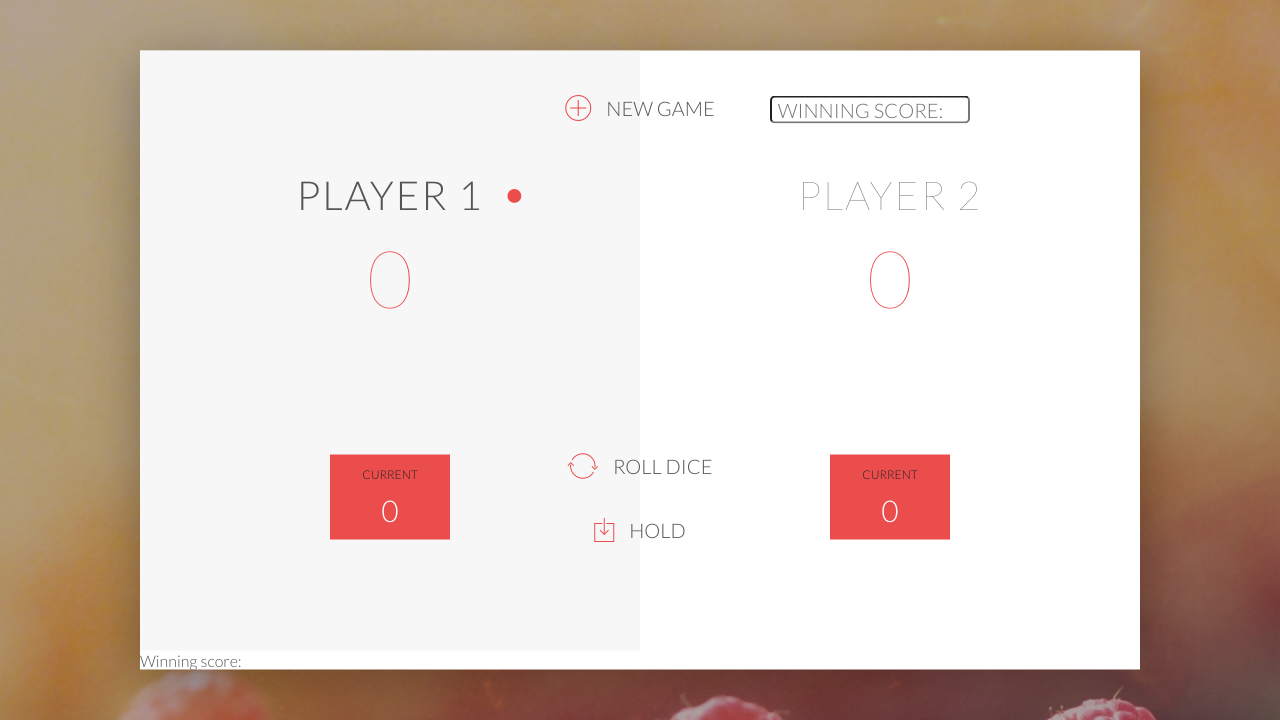
Repository: hexanek/hexanek.github.io
Page: pig-game/index.html
An editor plug-in stored every save of this project. The page is shown before and after the next save, followed by the edit.
The browser window is 1280 px wide. The pictures show the whole page.

Above is the page before, as saved 2019-12-19 23:56:00.

### pig-game/index.html
<!DOCTYPE html>
<html lang="en">
    <head>
        <meta charset="UTF-8">
        <link href="https://fonts.googleapis.com/css?family=Lato:100,300,600" rel="stylesheet" type="text/css">
        <link href="http://code.ionicframework.com/ionicons/2.0.1/css/ionicons.min.css" rel="stylesheet" type="text/css">
        <link type="text/css" rel="stylesheet" href="style.css">

        <title>Pig Game</title>
    </head>

    <body>
        <div class="wrapper clearfix">
            <div class="player-0-panel active">
                <div class="player-name" id="name-0">Player 1</div>
                <div class="player-score" id="score-0">43</div>
                <div class="player-current-box">
                    <div class="player-current-label">Current</div>
                    <div class="player-current-score" id="current-0">11</div>
                </div>
            </div>

            <div class="player-1-panel">
                <div class="player-name" id="name-1">Player 2</div>
                <div class="player-score" id="score-1">72</div>
                <div class="player-current-box">
                    <div class="player-current-label">Current</div>
                    <div class="player-current-score" id="current-1">0</div>
                </div>
            </div>

            <button class="btn-new"><i class="ion-ios-plus-outline"></i>New game</button>
            <button class="btn-roll"><i class="ion-ios-loop"></i>Roll dice</button>
            <button class="btn-hold"><i class="ion-ios-download-outline"></i>Hold</button>
            <!-- <button class="btn-save" form="formScore"><i class="ion-archive"></i>Save</button> -->
            <!-- <form class="form-score" id="formScore"> -->
            Winning score: <input class="input-score" type="number" name="WinningScore" placeholder="Winning score: " id="winScore">
            <!-- </form> -->
            <img src="dice-5.png" alt="Dice" class="dice">
            <img src="dice-5.png" alt="Dice2" class="dice2" id="dice2">

        </div>

        <script src="app.js"></script>
    </body>
</html>

### pig-game/style.css
/**********************************************
*** GENERAL
**********************************************/

* {
    margin: 0;
    padding: 0;
    box-sizing: border-box;

}

.clearfix::after {
    content: "";
    display: table;
    clear: both;
}

body {
    background-image: linear-gradient(rgba(62, 20, 20, 0.4), rgba(62, 20, 20, 0.4)), url(back.jpg);
    background-size: cover;
    background-position: center;
    font-family: Lato;
    font-weight: 300;
    position: relative;
    height: 100vh;
    color: #555;
}

.wrapper {
    width: 1000px;
    position: absolute;
    top: 50%;
    left: 50%;
    transform: translate(-50%, -50%);
    background-color: #fff;
    box-shadow: 0px 10px 50px rgba(0, 0, 0, 0.3);
    overflow: hidden;
}

.player-0-panel,
.player-1-panel {
    width: 50%;
    float: left;
    height: 600px;
    padding: 100px;
}



/**********************************************
*** PLAYERS
**********************************************/

.player-name {
    font-size: 40px;
    text-align: center;
    text-transform: uppercase;
    letter-spacing: 2px;
    font-weight: 100;
    margin-top: 20px;
    margin-bottom: 10px;
    position: relative;
}

.player-score {
    text-align: center;
    font-size: 80px;
    font-weight: 100;
    color: #EB4D4D;
    margin-bottom: 130px;
}

.active { background-color: #f7f7f7; }
.active .player-name { font-weight: 300; }

.active .player-name::after {
    content: "\2022";
    font-size: 47px;
    position: absolute;
    color: #EB4D4D;
    top: -7px;
    right: 10px;

}

.player-current-box {
    background-color: #EB4D4D;
    color: #fff;
    width: 40%;
    margin: 0 auto;
    padding: 12px;
    text-align: center;
}

.player-current-label {
    text-transform: uppercase;
    margin-bottom: 10px;
    font-size: 12px;
    color: #222;
}

.player-current-score {
    font-size: 30px;
}

button {
    position: absolute;
    width: 200px;
    left: 50%;
    transform: translateX(-50%);
    color: #555;
    background: none;
    border: none;
    font-family: Lato;
    font-size: 20px;
    text-transform: uppercase;
    cursor: pointer;
    font-weight: 300;
    transition: background-color 0.3s, color 0.3s;
}


button:hover { font-weight: 600; }
button:hover i { margin-right: 20px; }

button:focus {
    outline: none;
}

i {
    color: #EB4D4D;
    display: inline-block;
    margin-right: 15px;
    font-size: 32px;
    line-height: 1;
    vertical-align: text-top;
    margin-top: -4px;
    transition: margin 0.3s;
}

.btn-new { top: 45px;}
.btn-roll { top: 403px;}
.btn-hold { top: 467px;}
.btn-save {
    left: 90%;
    top: 45px;
}
/* .input-score {
     top: 83px;
     position: absolute;
    width: 53px;
    left: 50%;
    transform: translateX(-50%);
    color: #555;
    background: none;
    border-radius: 5px;
    font-family: Lato;
    font-size: 20px;
    text-transform: uppercase;
    cursor: default;
    font-weight: 300;
    transition: background-color 0.3s, color 0.3s;
    } */
.input:focus{
    border: 3px solid #555;
}
/* .form-score{
    top: 45px;
     position: absolute;
    width: 240px;
    left: 73%;
    transform: translateX(-50%);
    color: #555;
    background: none;
    border-radius: 5px;
    font-family: Lato;
    font-size: 20px;
    text-transform: uppercase;
    cursor: default;
    font-weight: 300;
    transition: background-color 0.3s, color 0.3s;
} */
.input-score {
    position: absolute;
    top: 45px;
    left: 63%;
    text-align: center;
    width: 200px;
    color: #555;
    background: none;
    border-radius: 5px;
    font-family: Lato;
    font-size: 20px;
    text-transform: uppercase;
    cursor: default;
    font-weight: 300;
    transition: background-color 0.3s, color 0.3s;
}

.dice {
    position: absolute;
    left: 55%;
    top: 178px;
    transform: translateX(-50%);
    height: 100px;
    box-shadow: 0px 10px 60px rgba(0, 0, 0, 0.10);
}
.dice2 {
    position: absolute;
    left: 45%;
    top: 178px;
    transform: translateX(-50%);
    height: 100px;
    box-shadow: 0px 10px 60px rgba(0, 0, 0, 0.10);
}

.winner { background-color: #f7f7f7; }
.winner .player-name { font-weight: 300; color: #EB4D4D; }

### pig-game/app.js

var scores, roundScore, activePlayer, gamePlaying, doubleSix, winScore, dice2, doubleSix2;
    init();



document.querySelector('.btn-roll').addEventListener('click', function(){
    if(gamePlaying){
    var dice = Math.floor(Math.random() * 6) + 1;
    var dice2 = Math.floor(Math.random() * 6) + 1;


    var diceDom = document.querySelector('.dice');
    diceDom.style.display = 'block';
    diceDom.src = 'dice-' + dice + '.png';

    var dice2Dom = document.querySelector('.dice2');
    dice2Dom.style.display = 'block';
    dice2Dom.src = 'dice-' + dice2 + '.png';

    if((dice === 6 && doubleSix === 6) || (dice2 === 6 && doubleSix2 === 6)){

        scores[activePlayer] = 0;
        document.querySelector('#score-' + activePlayer).textContent = scores[activePlayer];
        nextPlayer();
    }

    else if(dice !== 1 && doubleSix !== dice && doubleSix !== dice2) {

        roundScore += dice;
        roundScore += dice2;
        document.querySelector('#current-' + activePlayer).textContent = roundScore;

    } else {

        nextPlayer();


    }
    doubleSix = dice;
    doubleSix2 = dice2;

}


});




document.querySelector('.btn-hold').addEventListener('click', function(){
    if(gamePlaying){
    scores[activePlayer] += roundScore;
    document.querySelector('#score-' + activePlayer).textContent = scores[activePlayer];


    if (scores[activePlayer] >= winScore) {
        document.getElementById('name-' + activePlayer).textContent = 'Winner!';
        document.querySelector('.player-'+activePlayer+ '-panel').classList.add('winner');
        document.querySelector('.player-'+activePlayer+ '-panel').classList.remove('active');
        document.querySelector('.dice').style.display = 'none';
        document.querySelector('.dice2').style.display = 'none';
        gamePlaying = false;


    } else {
        nextPlayer();

    }
}
});

document.querySelector('.btn-new').addEventListener('click',  init);


function nextPlayer(){
    activePlayer === 0 ? activePlayer = 1 : activePlayer = 0;
        roundScore = 0;
        document.getElementById('current-0').textContent = '0';
        document.getElementById('current-1').textContent = '0';

        document.querySelector('.player-0-panel').classList.toggle('active');
        document.querySelector('.player-1-panel').classList.toggle('active');

        document.querySelector('.dice').style.display = 'none';
        document.querySelector('.dice2').style.display = 'none';
}

function init(){
    scores = [0,0];
    roundScore = 0;
    activePlayer = 0;
    gamePlaying = true;

    document.querySelector('.dice').style.display = 'none';
    document.querySelector('.dice2').style.display = 'none';

    //document.querySelector('#current-'+ activePlayer).textContent = dice;
    document.getElementById('score-0').textContent = '0';
    document.getElementById('score-1').textContent = '0';
    document.getElementById('current-0').textContent = '0';
    document.getElementById('current-1').textContent = '0';
    document.getElementById('name-0').textContent = 'Player 1';
    document.getElementById('name-1').textContent = 'Player 2';
    document.querySelector('.player-0-panel').classList.remove('winner');
    document.querySelector('.player-1-panel').classList.remove('winner');
    document.querySelector('.player-0-panel').classList.remove('active');
    document.querySelector('.player-1-panel').classList.remove('active');
    document.querySelector('.player-0-panel').classList.add('active');
    winScore = document.getElementById('winScore').value;


}

After the next save:
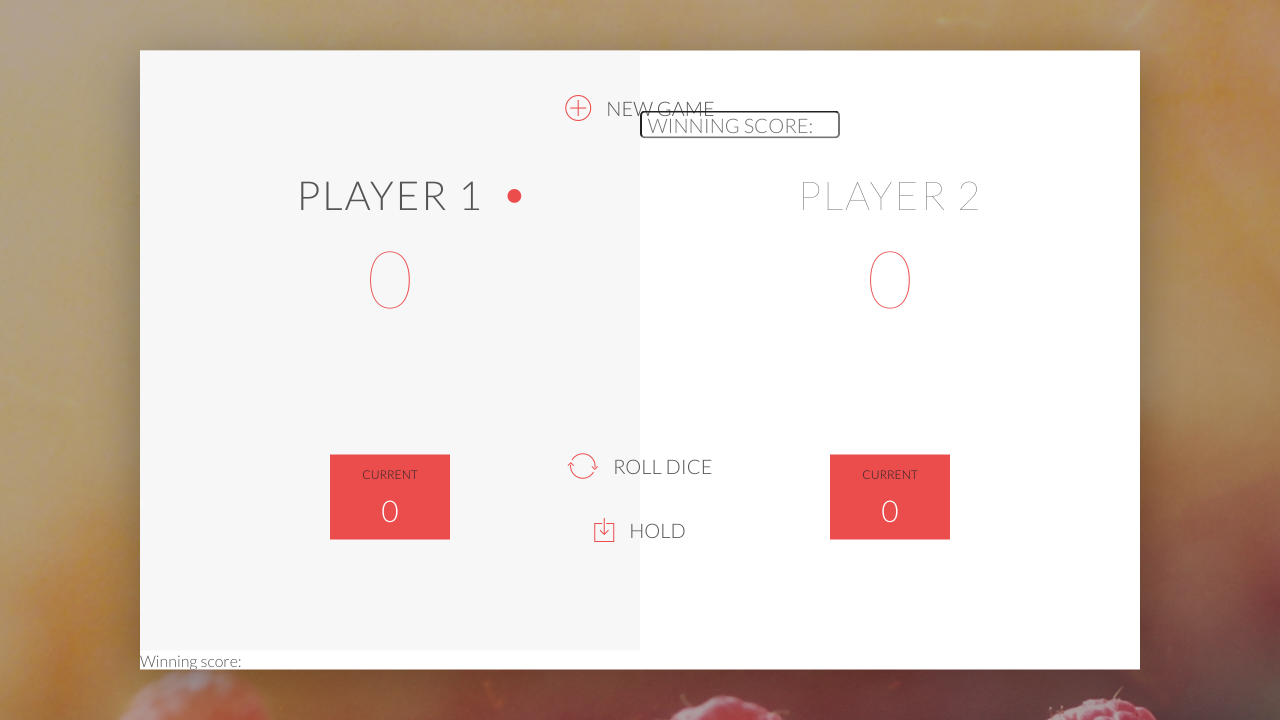
Saved 57 s later.
--- a/pig-game/style.css
+++ b/pig-game/style.css
@@ -182,8 +182,8 @@ i {
 } */
 .input-score {
     position: absolute;
-    top: 45px;
-    left: 63%;
+    top: 60px;
+    left: 50%;
     text-align: center;
     width: 200px;
     color: #555;
